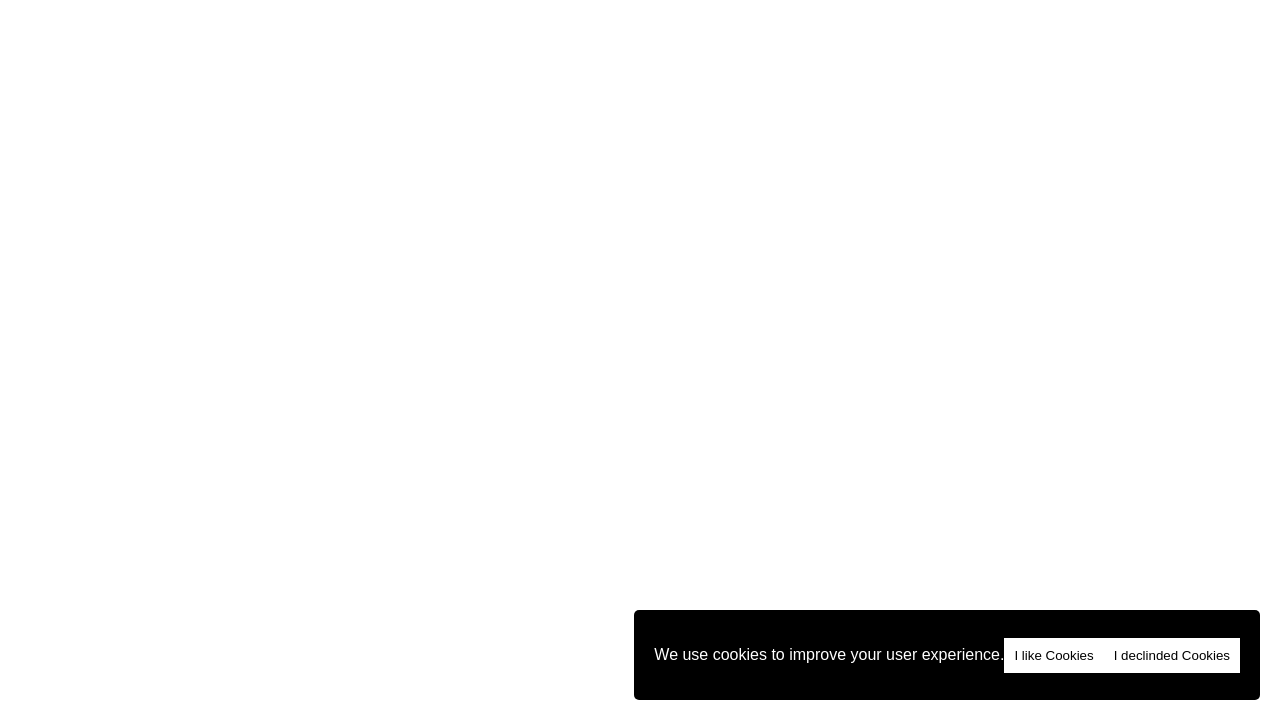
Repository: kSanoX/Cookie-Consent
Page: index.html
An editor plug-in stored every save of this project. The page is shown before and after the next save, followed by the edit.
The browser window is 1280 px wide. The pictures show the whole page.

Above is the page before, as saved 2025-01-30 01:16:30.

After the next save:
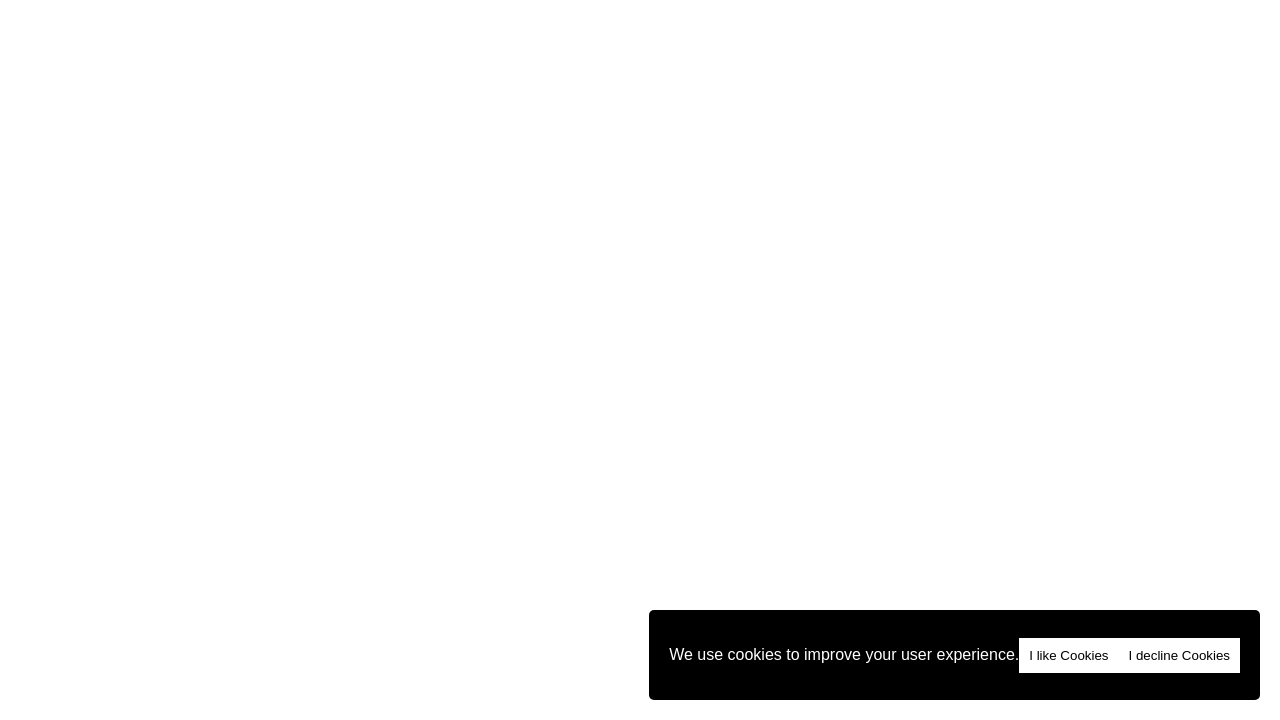
Saved 10 s later.
--- a/index.html
+++ b/index.html
@@ -10,7 +10,7 @@
     <div class="cookie-popup" id="cookie-popup">
         <p>We use cookies to improve your user experience.</p>
         <button id="accept-cookies">I like Cookies</button>
-        <button id="decline-cookies">I declinded Cookies</button>
+        <button id="decline-cookies">I decline Cookies</button>
     </div>
 
     <script src="script.js"></script>
